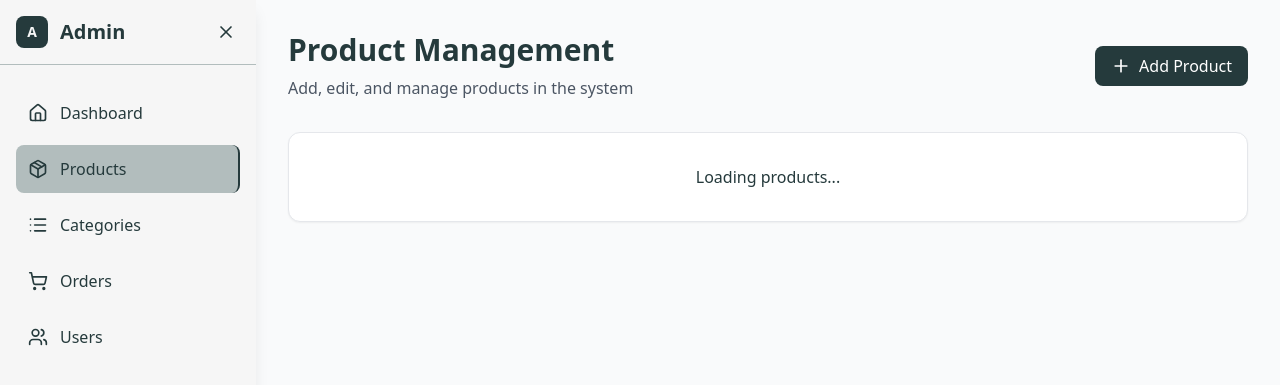
Repository: Tlyl1111/homz-admin
Page: /products
An editor plug-in stored every save of this project. The page is shown before and after the next save, followed by the edit.
The browser window is 1280 px wide. The pictures show the whole page.
The page's requests for data from a server got no answer. The project was rebuilt for these pictures with package versions that can differ from the ones it lists, and the page was loaded fresh each time. No one was signed in, and anything a server would have sent is missing. Also part of the build but not shown: vite.config.ts, src/components/ui/tooltip.tsx, src/components/DashboardStats.tsx, src/components/SalesChart.tsx, src/components/RecentOrders.tsx, src/pages/Index.tsx, src/components/ProductForm.tsx, src/components/CategoryTable.tsx and 10 more.

Above is the page before, as saved 2025-06-11 13:20:38.

After the next save:
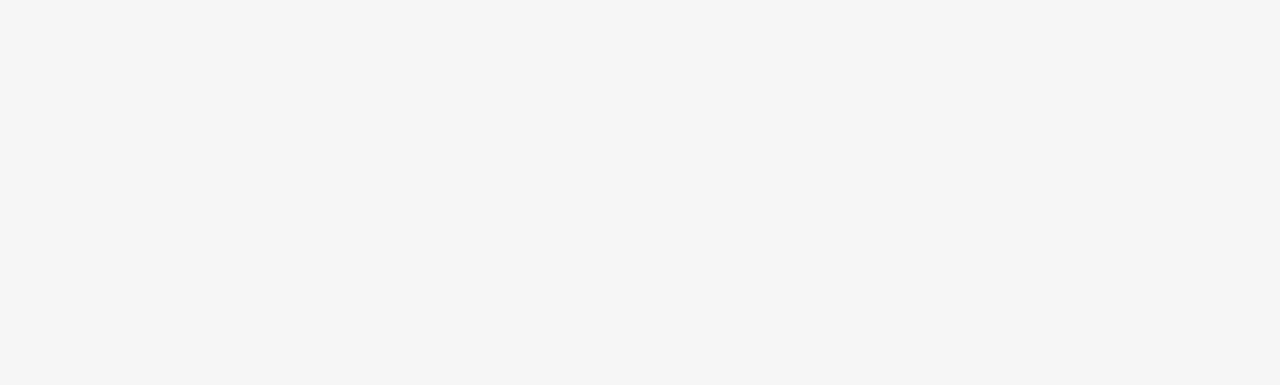
Console error: ReferenceError: ProductFilters is not defined
Saved 31 s later.
--- a/src/pages/Products.tsx
+++ b/src/pages/Products.tsx
@@ -40,6 +40,14 @@ const Products = () => {
             </button>
           </div>
 
+          {!showForm && (
+            <ProductFilters
+              onSearchChange={handleSearchChange}
+              onCategoryChange={handleCategoryChange}
+              onSortChange={handleSortChange}
+            />
+          )}
+
           {showForm ? (
             <ProductForm
               product={editingProduct}

After the 3 saves that followed:
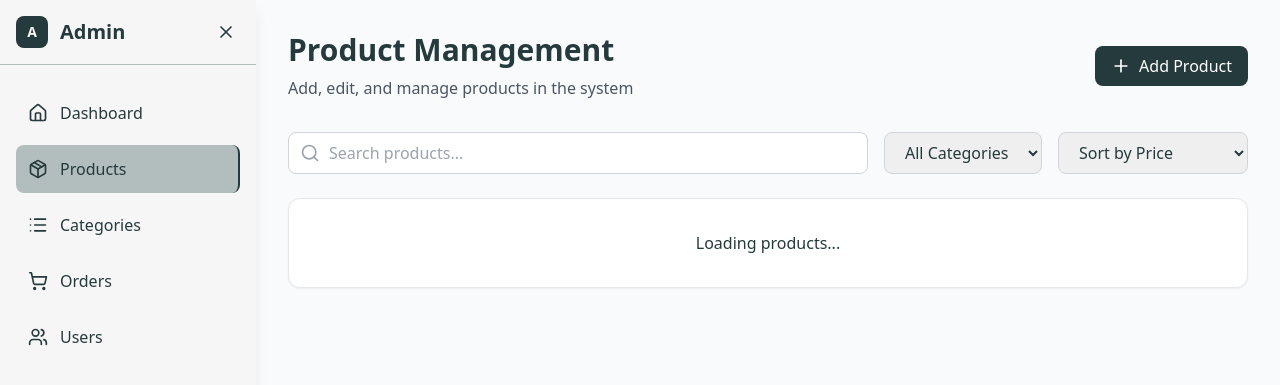
The error is gone.
The 3 saves are shown as one change because 1 left the picture as it was and some came seconds apart.
The last was saved 45 s later.
--- a/src/pages/Products.tsx
+++ b/src/pages/Products.tsx
@@ -4,6 +4,7 @@ import { Sidebar } from "../components/Sidebar";
 import { ProductTable } from "../components/ProductTable";
 import { ProductForm } from "../components/ProductForm";
 import { Plus } from "lucide-react";
+import { ProductFilters } from "../components/ProductFilters";
 
 const Products = () => {
   const [sidebarOpen, setSidebarOpen] = useState(true);
@@ -18,6 +19,18 @@ const Products = () => {
   const handleCreate = () => {
     setEditingProduct(null);
     setShowForm(true);
+  };
+
+  const handleSearchChange = (search: string) => {
+    setFilters(prev => ({ ...prev, search }));
+  };
+
+  const handleCategoryChange = (category: string) => {
+    setFilters(prev => ({ ...prev, category }));
+  };
+
+  const handleSortChange = (sort: string) => {
+    setFilters(prev => ({ ...prev, sort }));
   };
 
   return (
